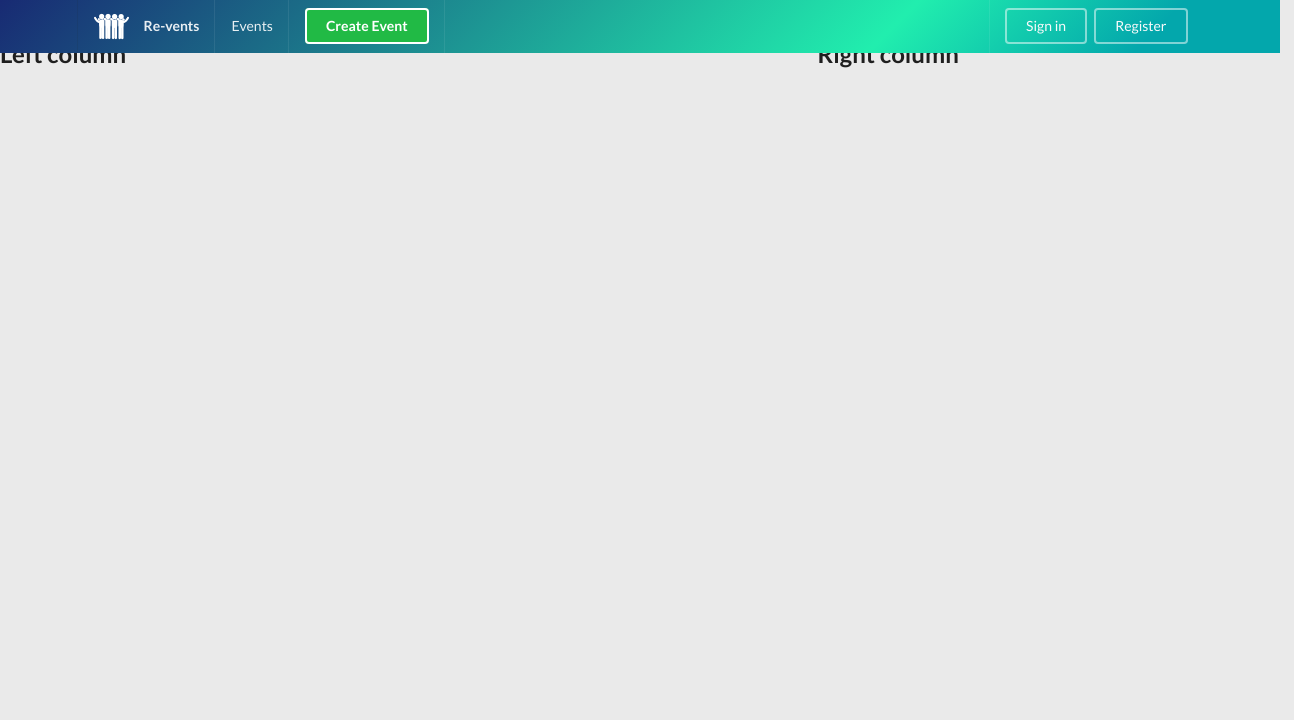
Repository: Preranabaruah/react-semantic-ui
Page: /
An editor plug-in stored every save of this project. The page is shown before and after the next save, followed by the edit.
The browser window is 1280 px wide. The page is 1294 px wide, so the pictures cover 1294 px, including what lies to the right of the window. The pictures show the whole page.
The project was rebuilt for these pictures with package versions that can differ from the ones it lists, and the page was loaded fresh each time. Also part of the build but not shown: vite.config.ts.

Above is the page before, as saved 2023-09-08 13:45:15.

### index.html
<!doctype html>
<html lang="en">
  <head>
    <meta charset="UTF-8" />
    <link rel="icon" type="image/svg+xml" href="/vite.svg" />
    <meta name="viewport" content="width=device-width, initial-scale=1.0" />
    <title>Re-vents</title>
  </head>
  <body>
    <div id="root"></div>
    <script type="module" src="/src/index.tsx"></script>
  </body>
</html>

### src/index.tsx
import React from "react";
import ReactDOM from "react-dom/client";
import App from "./App.tsx";
import "semantic-ui-css/semantic.min.css";
import "./style.css";
ReactDOM.createRoot(document.getElementById("root")!).render(
  <React.StrictMode>
    <App />
  </React.StrictMode>
);

### src/App.tsx
import EventDashboard from "./features/events/event-dashboard";
import NavBar from "./features/nav-bar";

function App() {
  return (
    <>
      <div>
        <NavBar />
        <EventDashboard />
      </div>
    </>
  );
}

export default App;

### src/style.css
body {
  background-color: #eaeaea;
}
.ui.fixed.menu {
  background-image: linear-gradient(135deg, rgb(24, 42, 115) 0%, rgb(33, 238, 174) 69%, rgb(3, 167, 172) 89%);
}

### src/features/events/event-dashboard/index.tsx
import { Grid } from "semantic-ui-react";
const EventDashboard = () => {
  return (
    <>
      <Grid>
        <Grid.Column width={10}>
          <h2>Left column</h2>
        </Grid.Column>
        <Grid.Column width={6}>
          <h2>Right column</h2>
        </Grid.Column>
      </Grid>
    </>
  );
};

export default EventDashboard;

### src/features/nav-bar/index.tsx
import { Menu, Container, Button } from "semantic-ui-react";

const NavBar = () => {
  return (
    <>
      <Menu inverted fixed="top">
        <Container>
          <Menu.Item header>
            <img src="/public/assets/logo.png" style={{ marginRight: 15 }} />
            Re-vents
          </Menu.Item>
          <Menu.Item name="Events" />
          <Menu.Item>
            <Button positive inverted content="Create Event" />
          </Menu.Item>
          <Menu.Item position="right">
            <Button basic inverted content="Sign in" />
            <Button basic inverted content="Register" style={{ marginLeft: "0.5em" }} />
          </Menu.Item>
        </Container>
      </Menu>
    </>
  );
};

export default NavBar;

After the next save:
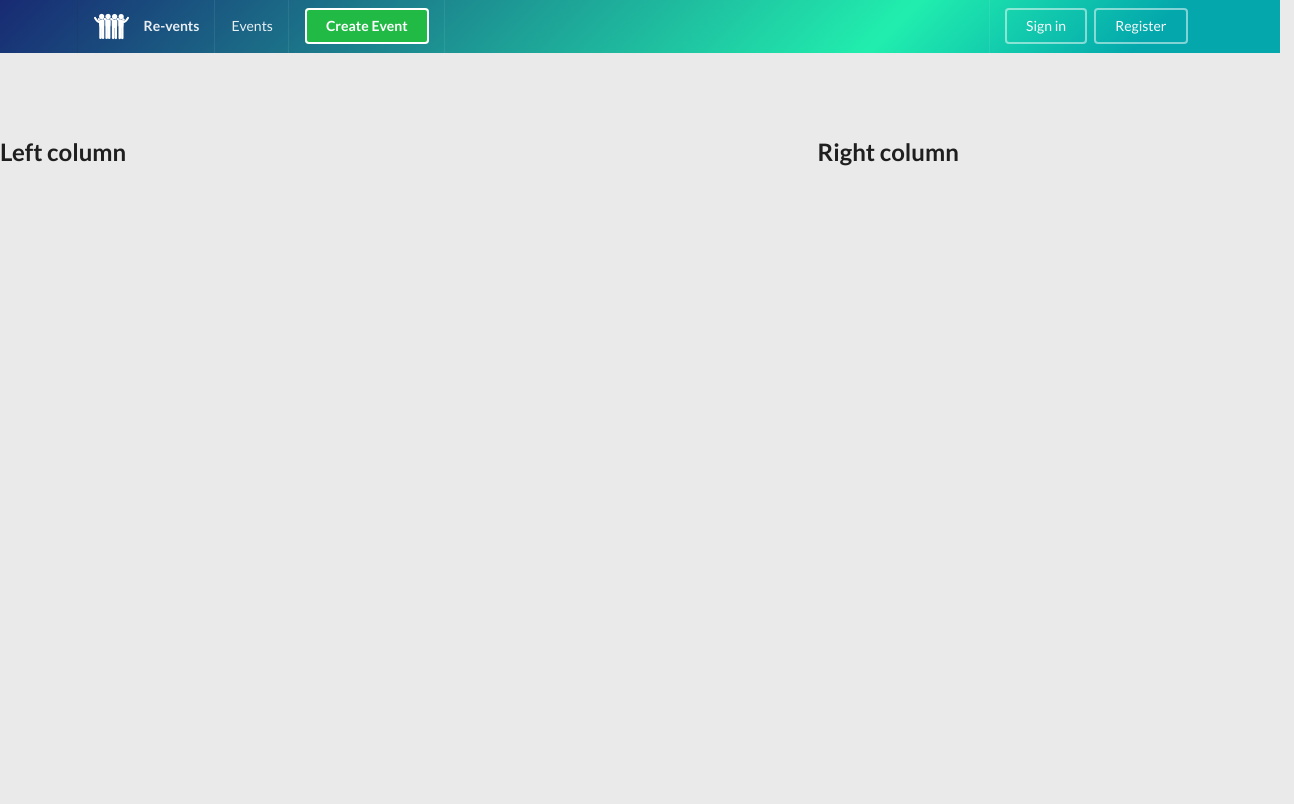
Saved 6 s later.
--- a/src/style.css
+++ b/src/style.css
@@ -1,5 +1,6 @@
 body {
   background-color: #eaeaea;
+  margin-top: 7em;
 }
 .ui.fixed.menu {
   background-image: linear-gradient(135deg, rgb(24, 42, 115) 0%, rgb(33, 238, 174) 69%, rgb(3, 167, 172) 89%);

After the save that followed:
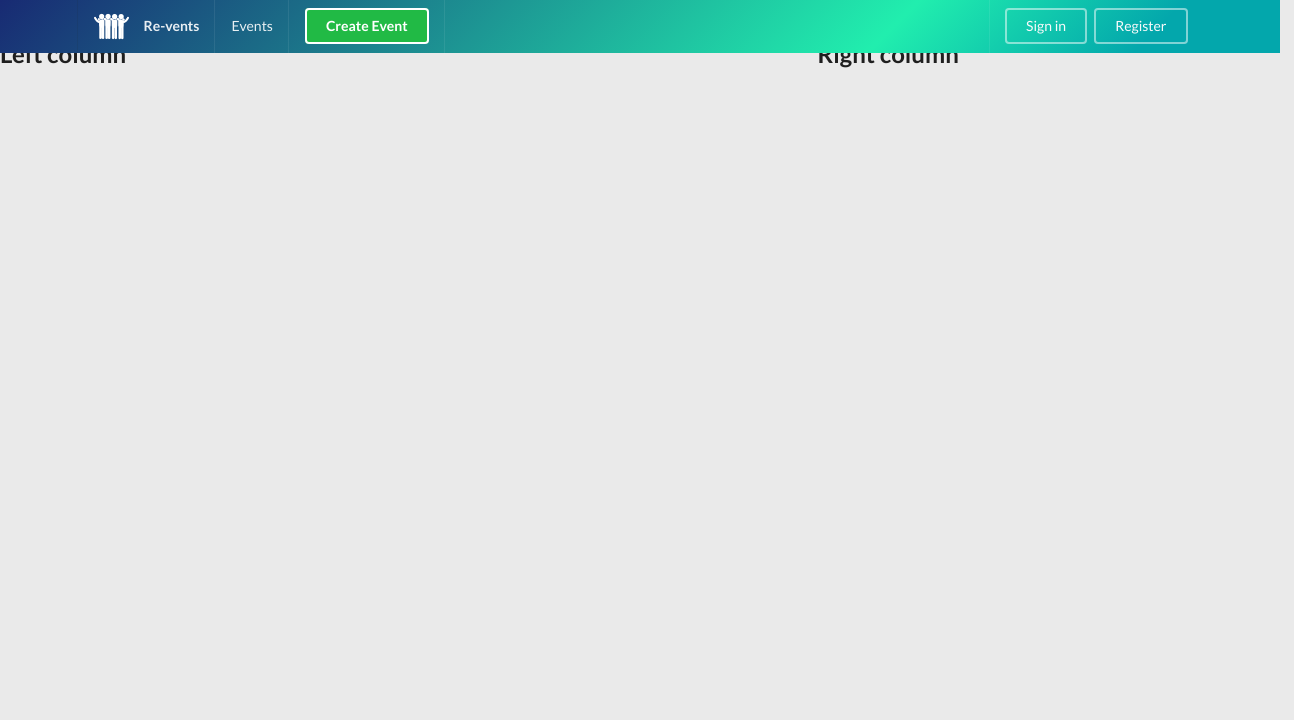
Saved 48 s later.
--- a/src/style.css
+++ b/src/style.css
@@ -1,7 +1,9 @@
 body {
   background-color: #eaeaea;
-  margin-top: 7em;
 }
 .ui.fixed.menu {
   background-image: linear-gradient(135deg, rgb(24, 42, 115) 0%, rgb(33, 238, 174) 69%, rgb(3, 167, 172) 89%);
 }
+.ui.main.container {
+  margin-top: 7em;
+}
